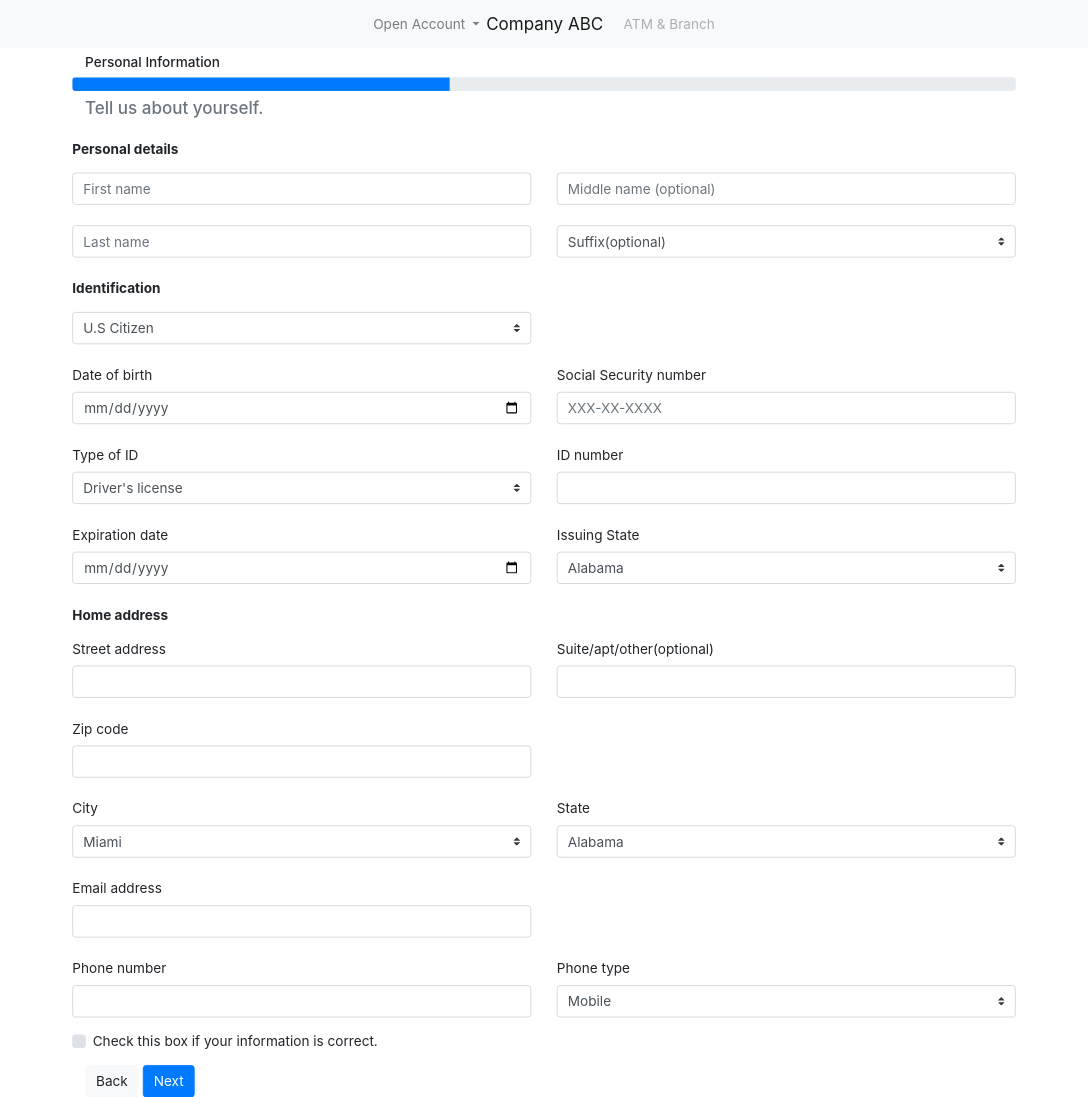
Repository: barriosan95/banking-opening-account-demo
Page: http://localhost/checking/application/customerInfo
The author's editor kept a record of every edit. The page is drawn from the files as they stood at one moment, then again after the next edit.
The browser window is 1280 px wide. The pictures show the whole page, at 85% of full size.
Some web fonts or font styles are not loaded; a fallback is used. Some web libraries are served in a nearby version. The page is served by the project's Node server (index.js).

Above is the page before.

### views/info_app.ejs
<% include ./partials/header %>
    <div class ="container">
        <div class ="container mt-2">
            <h6 class="mb-0"> Personal Information <h6>
        </div>
        <div class="progress">
            <div class="progress-bar" role="progressbar" style="width: 40%" aria-valuenow="40" aria-valuemin="0" aria-valuemax="100"></div>
        </div>
        <div class ="container mt-2 mb-2 text-muted">
            <h5> Tell us about yourself. </h5>
        </div>
    </div>
    <div class ="container mt-4">
        <p><b>Personal details</b></p>
        <form>
          <div class="row">
            <div class="col">
              <input type="text" class="form-control" placeholder="First name">
            </div>
            <div class="col">
              <input type="text" class="form-control" placeholder="Middle name (optional)">
            </div>
          </div>
          <div class="row mt-4">
            <div class="col">
              <input type="text" class="form-control" placeholder="Last name">
            </div>
            <div class="col">
                  <select class="custom-select mr-sm-2" id="inlineFormCustomSelect">
                    <option selected>Suffix(optional)</option>
                    <option value="1">Jr</option>
                    <option value="2">Sr</option>
                    <option value="3">II</option>
                  </select>
            </div>
          </div>
        </form>
    </div>
    <div class ="container mt-4">
        <p><b>Identification</b></p>
        <form>
          <div class="row">
              <div class="col">
                  <select class="custom-select mr-sm-2" id="inlineFormCustomSelect">
                    <option selected>U.S Citizen</option>
                    <option value="1">Permanent Resident</option>
                    <option value="2">Temporary Resident </option>
                    <option value="3">Non-resident </option>
                  </select>
                </div>
                <div class ="col">

                </div>
            </div>
            <div class="row mt-4">
                <div class="col">
                    <label> Date of birth</label>
                    <input type="date" class="form-control" placeholder="">
                </div>
                <div class="col">
                    <label>Social Security number</label>
                    <input type="number" class="form-control" placeholder="XXX-XX-XXXX">
                </div>
            </div>
            <div class="row mt-4">
                <div class="col">
                    <label> Type of ID </label>
                    <select class="custom-select mr-sm-2" id="inlineFormCustomSelect">
                    <option value="1">Driver's license </option>
                    <option value="2">State ID </option>
                  </select>
                </div>
                <div class="col">
                    <label> ID number</label>
                    <input type="number" class="form-control" placeholder="">
                </div>
            </div>
             <div class="row mt-4">
                <div class="col">
                    <label> Expiration date</label>
                    <input type="date" class="form-control" placeholder="">
                </div>
                <div class="col">
                    <label>Issuing State</label>
                    <select class="custom-select mr-sm-2" id="inlineFormCustomSelect">
                    <option value="1">Alabama</option>
                    <option value="2">California</option>
                    <option value="3">Florida</option>
                    <option value="4">Chicago</option>
                    <option value="5">New York</option>
                    <option value="6">Texas</option>
                  </select>
                </div>
            </div>
        </form>
    </div>
    <div class ="container mt-4">
         <p><b>Home address</b></p>
         <form>
            <div class="row">
                <div class="col">
                    <label>Street address </label>
                    <input type="text" class="form-control" placeholder="">
                </div>
                <div class="col">
                    <label> Suite/apt/other(optional)</label>
                    <input type="text" class="form-control" placeholder="">
                </div>
            </div>
            <div class="row mt-4">
                <div class="col">
                    <label>Zip code</label>
                    <input type="number" class="form-control" placeholder="">
                </div>
                <div class ="col">

                </div>
            </div>
            <div class="row mt-4">
                <div class="col">
                    <label>City </label>
                    <select class="custom-select mr-sm-2" id="inlineFormCustomSelect">
                        <option value="1">Miami</option>
                        <option value="2">San Francisco</option>
                        <option value="3">New York </option>
                    </select>
                </div>
                <div class="col">
                    <label> State </label>
                    <select class="custom-select mr-sm-2" id="inlineFormCustomSelect">
                        <option value="1">Alabama</option>
                        <option value="2">California</option>
                        <option value="3">Florida</option>
                        <option value="4">Chicago</option>
                        <option value="5">New York</option>
                        <option value="6">Texas</option>
                    </select>
                </div>
            </div>
            <div class ="row mt-4">
                <div class="col">
                    <label> Email address </label>
                    <input type="text" class="form-control" placeholder="">
                </div>
                <div class="col">

                </div>
            </div>
            <div class ="row mt-4">
                <div class="col">
                    <label> Phone number </label>
                    <input type="number" class="form-control" placeholder="">
                </div>
                <div class="col">
                    <label> Phone type </label>
                    <select class="custom-select mr-sm-2" id="inlineFormCustomSelect">
                        <option value="1">Mobile</option>
                        <option value="2">Work</option>
                        <option value="3">Home</option>
                    </select>
                </div>
            </div>
        </form>
        <div class="custom-control custom-checkbox my-1 mr-sm-2">
            <input type="checkbox" class="custom-control-input" id="customControlInline">
            <label class="custom-control-label" for="customControlInline">Check this box if your information is correct.</label>
        </div>
        <div class ="container">
            <div class ="row mt-2">
                <div class = "col mr-auto">
                    <a href="#" > <button class="btn btn-light mt-2">Back</button></a>
                    <a href="#" > <button class="btn btn-primary mt-2">Next</button></a>
                </div>
            </div>

        </div>
    </div>

<% include ./partials/footer %>

### views/partials/header.ejs
<!DOCTYPE HTML!>
<html>

    <head>


        <!--CDN Bootstrap v4.1.3-->
        <link rel="stylesheet" href="https://stackpath.bootstrapcdn.com/bootstrap/4.1.3/css/bootstrap.min.css">
        <link rel="stylesheet" href="https://cdnjs.cloudflare.com/ajax/libs/font-awesome/4.7.0/css/font-awesome.min.css">

        <!--Ref stylesheets -->
        <link rel= "stylesheet" type="text/css" href="/styles/app.css">


        <!--font -->
        <link href="https://fonts.googleapis.com/css?family=Muli:200,300,400,700,800" rel="stylesheet">


        <!--Will ensure proper responsivness on mobile devices-->
        <meta name="viewport" content="width=device-width, initial-scale=1, shrink-to-fit=no">

        <title> Banking OA Demo </title>

        <meta name="viewport" content="width=device-width, initial-scale=1, maximum-scale=1, user-scalable=no">

    </head>

    <body>

    <!--NAVBAR-->
        <nav class="navbar navbar-expand-lg navbar-light bg-light">
            <button class="navbar-toggler" type="button" data-toggle="collapse" data-target="#navbarNavDropdown" aria-controls="navbarNavDropdown" aria-expanded="false" aria-label="Toggle navigation">
                <span class="navbar-toggler-icon"></span>
            </button>

            <div class="collapse navbar-collapse" id="navbarNavDropdown">
                <ul class="navbar-nav mx-auto">
                    <li class="nav-item dropdown">
                        <a class="nav-link dropdown-toggle" href="#" id="navbarDropdown" role="button" data-toggle="dropdown">
                            Open Account
                        </a>
                        <div class="dropdown-menu" aria-labelledby="navbarDropdown">
                          <a class="dropdown-item" href="/checking">Checking Accounts</a>
                          <div class="dropdown-divider"></div>
                          <a class="dropdown-item" href="/savings">Savings Accounts </a>
                          <div class="dropdown-divider"></div>
                          <a class="dropdown-item" href="#">Money Market Accounts</a>
                          <div class="dropdown-divider"></div>
                          <a class="dropdown-item" href="#">CD and IRA's</a>

                        </div>
                    </li>
                    <a class="navbar-brand" href="/"> Company ABC </a>
                     <li class="nav-item">
                        <a class="nav-link disabled" href="#">ATM & Branch</a>
                     </li>
                </ul>
            </div>
        </nav>

### views/partials/footer.ejs

        <!--Bootstrap js scripts-->
        <script src="https://code.jquery.com/jquery-3.3.1.min.js" integrity="sha256-FgpCb/KJQlLNfOu91ta32o/NMZxltwRo8QtmkMRdAu8="crossorigin="anonymous"></script>
        <script src="https://cdnjs.cloudflare.com/ajax/libs/popper.js/1.12.9/umd/popper.min.js" integrity="sha384-ApNbgh9B+Y1QKtv3Rn7W3mgPxhU9K/ScQsAP7hUibX39j7fakFPskvXusvfa0b4Q" crossorigin="anonymous"></script>
        <script src="https://maxcdn.bootstrapcdn.com/bootstrap/4.0.0/js/bootstrap.min.js" integrity="sha384-JZR6Spejh4U02d8jOt6vLEHfe/JQGiRRSQQxSfFWpi1MquVdAyjUar5+76PVCmYl" crossorigin="anonymous"></script>
        <!--JS SCIPTs -->

        <script src="/js/forms.js"></script>
        <script src="https://cdn.jsdelivr.net/npm/jquerykeyframes@1.0.5/dist/jquery.keyframes.min.js"></script>

    </body>
</html>

### index.js
const express = require('express');


const mainRoutes = require('./routes/main');

//APP CONFIGURATIONS
var app = express();
    app.set('view engine','ejs');
    app.use(express.static("public"));
    app.use(mainRoutes);





app.listen(process.env.PORT,process.env.IP,function(){
    console.log('Server established.');
});

### routes/main.js
const express = require('express');

const router = express.Router();

router.get("/", function(req,res){
    res.render('main');
});

router.get("/checking",function(req,res){
    res.render('checking');
});

router.get("/savings",function(req,res){
    res.render('savings');
});

router.get("/checking/application",function(req,res){
   res.render('checking_app');
});

router.get("/checking/application/customerInfo",function(req,res){
   res.render('info_app');
});


module.exports = router;

### public/styles/app.css
.app-img{
    max-height: 40%;
    max-width: 40%;
}

Loaded but not shown: public/js/forms.js (no copy from this time; the picture is the same without it)

After the next edit:
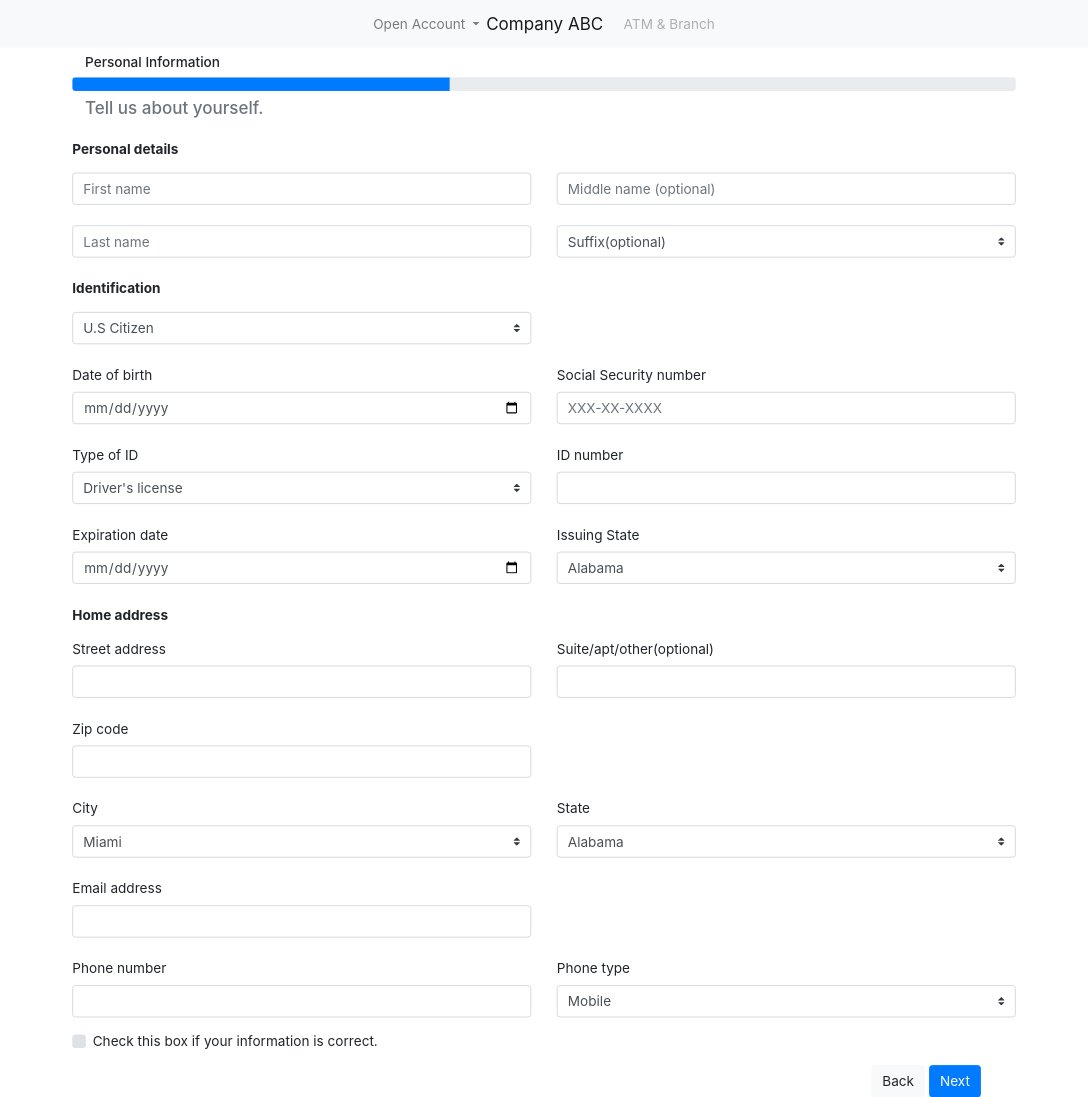
The edit:
--- a/views/info_app.ejs
+++ b/views/info_app.ejs
@@ -167,9 +167,9 @@
         </div>
         <div class ="container">
             <div class ="row mt-2">
-                <div class = "col mr-auto">
-                    <a href="#" > <button class="btn btn-light mt-2">Back</button></a>
-                    <a href="#" > <button class="btn btn-primary mt-2">Next</button></a>
+                <div class = "col-md-2 ml-auto">
+                    <a href="/checking/application" > <button class="btn btn-light mt-2">Back</button></a>
+                    <a href="/checking/application/finances" > <button class="btn btn-primary mt-2">Next</button></a>
                 </div>
             </div>
 
